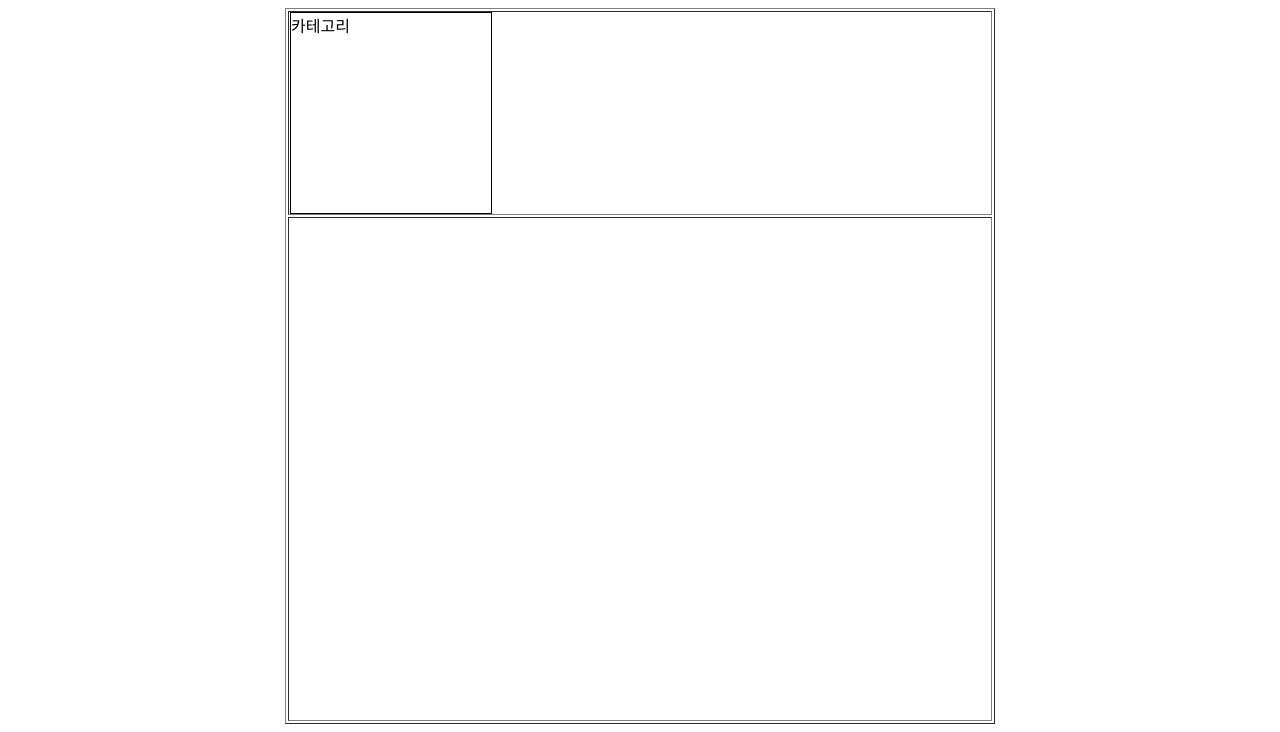
Repository: HmDol/Spring_study
Page: http://localhost/project1/Exweb.jsp
These files come from the project's save history. The page is drawn as it stood at one moment and after the next save; the edit follows.
The browser window is 1280 px wide. The pictures show the whole page.
The page is served by Tomcat 10. Other server files are loaded and not shown.

Above is the page before, as saved 2023-09-06 06:24:53.

### project1/src/main/webapp/Exweb.jsp
<%@ page language="java" contentType="text/html; charset=EUC-KR"
    pageEncoding="EUC-KR"%>
<!DOCTYPE html>
<html>
<head>
<meta charset="EUC-KR">
<title>Insert title here</title>
</head>
<script>
let cate1 = ["의류", "가전", "컴퓨터"];
let cate2 = [["여성복", "남성복", "아동복"], ["TV","세탁기","냉장고"], ["데스크탑", "노트북", "주변기기"]];
let cate3 = [[["원피스","투피스"], ["셔츠","바지","남방"],["내복", "우주복"]],
	[["LG TV","삼성TV","중소TV"],["LG세탁기","삼성세탁기","중소 세탁기"],["LG냉장고","삼성냉장고","중소냉장고"]],
	[["LG데스크탑","삼성데스크탑","중소 데스크탑"],["LG노트북","삼성노트북","중소노트북"],["프린터","스피커","마이크"]]];

const a = () => {
	let txt = "<table style='background-clolr:gray' border='1'>";
	for(let s of cate1){
		txt += "<tr><td style='width:100px; height:40px'>" + s + "</td></tr>";
	}
	txt +="</table>";
	let e1 = document.getElementById("content");
	e1.innerHTML = txt;
	e1.style.display='';
}

const b = () => {
	let e1 = document.getElementById("content");
	e1.innerHTML = "";
	e1.style.display='none';
}

</script>
<body>
<center>
<table border ="1">
<tr>
<td style ="width : 700px; height:200px">
<div id="cate" style="width:200px; height: 100% ;border:1px solid black" onmouseover="a()" onmouseout="b()">카테고리</div>
</td>
</tr>

<tr>
<td style ="width : 700px; height:500px">
<div id = "content">

</div>
</td>
</tr>
</table>
</center>
</body>
</html>

After the next save:
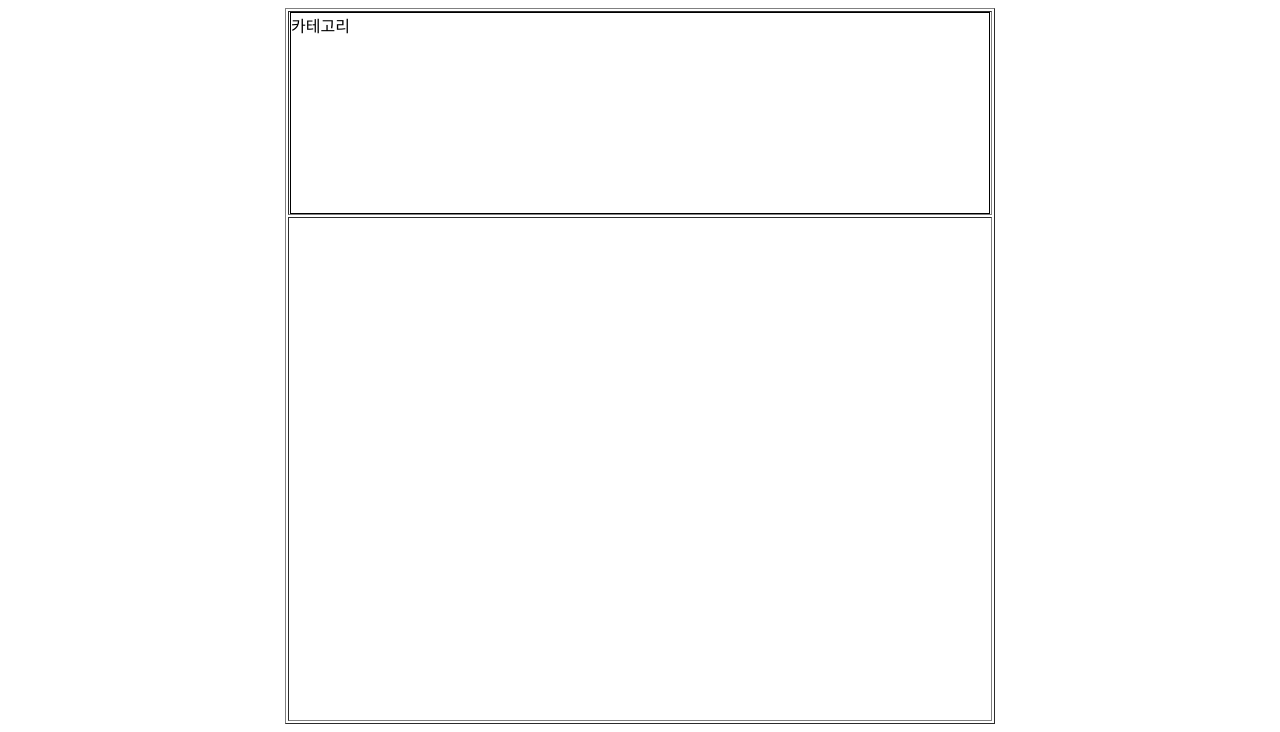
Saved 47 s later.
--- a/project1/src/main/webapp/Exweb.jsp
+++ b/project1/src/main/webapp/Exweb.jsp
@@ -36,7 +36,7 @@ const b = () => {
 <table border ="1">
 <tr>
 <td style ="width : 700px; height:200px">
-<div id="cate" style="width:200px; height: 100% ;border:1px solid black" onmouseover="a()" onmouseout="b()">카테고리</div>
+<div id="cate" style=" height: 100% ;border:1px solid black" onmouseover="a()" onmouseout="b()">카테고리</div>
 </td>
 </tr>
 
